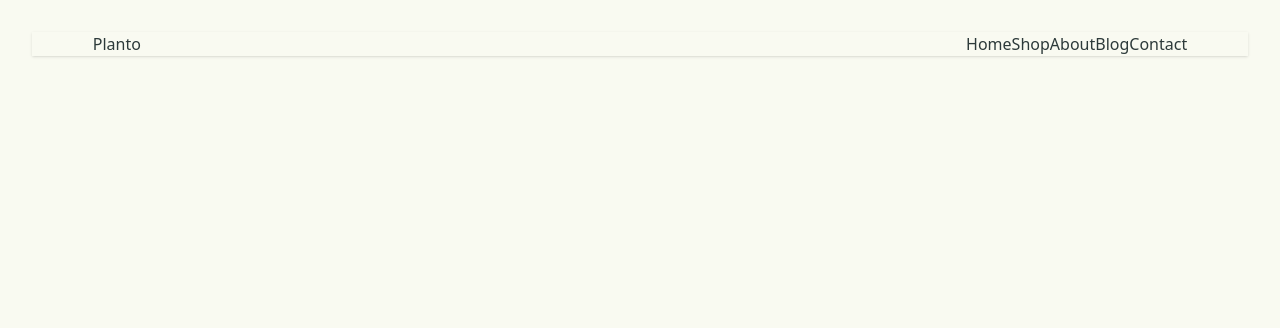
Repository: mazenessam99/Planto
Page: /
An editor plug-in stored every save of this project. The page is shown before and after the next save, followed by the edit.
The browser window is 1280 px wide. The pictures show the whole page.
The project was rebuilt for these pictures with package versions that can differ from the ones it lists, and the page was loaded fresh each time. Also part of the build but not shown: vite.config.js, src/components/ui/Button.jsx.

Above is the page before, as saved 2025-11-21 21:52:42.

After the next save:
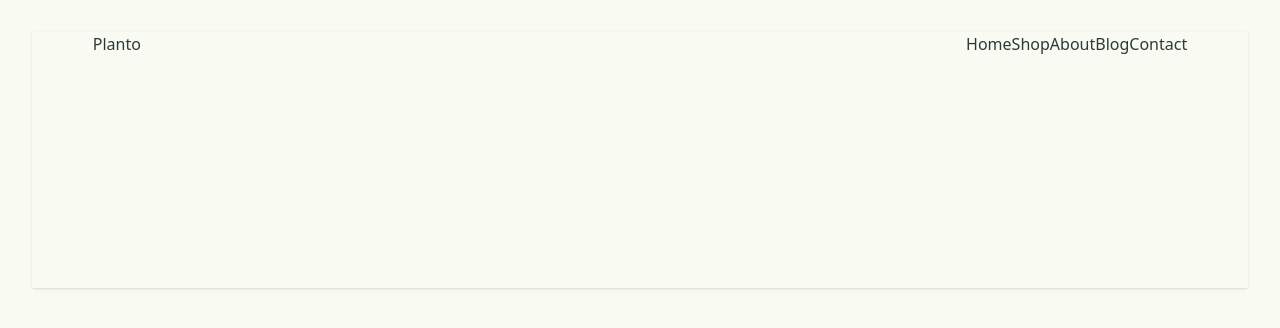
Saved 4 s later.
--- a/src/components/layout/Navbar.jsx
+++ b/src/components/layout/Navbar.jsx
@@ -5,7 +5,7 @@
 
 const Navbar = () => {
     return (
-        <nav className="shadow h-6">
+        <nav className="shadow h-64">
             <div className="container flex justify-between items-center">
                 <h1 className="text-primary">Planto</h1>
                 <ul className="flex">

After the save that followed:
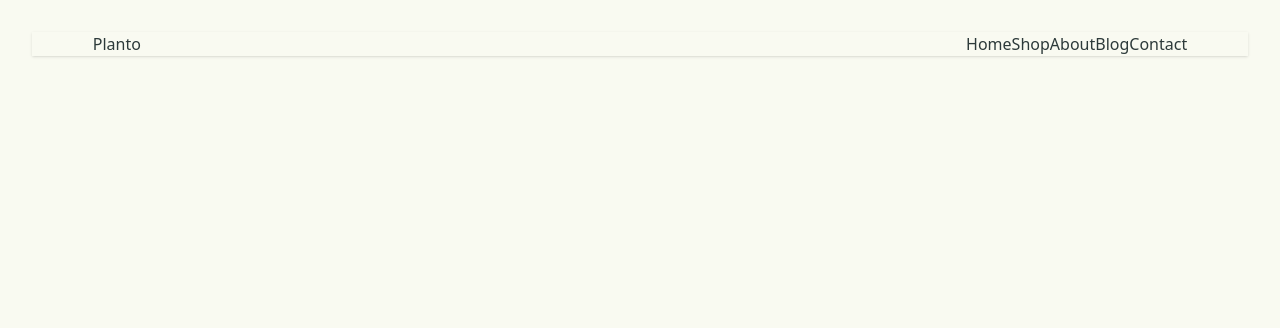
Saved 2 min 57 s later.
--- a/src/components/layout/Navbar.jsx
+++ b/src/components/layout/Navbar.jsx
@@ -5,7 +5,7 @@
 
 const Navbar = () => {
     return (
-        <nav className="shadow h-64">
+        <nav className="shadow h">
             <div className="container flex justify-between items-center">
                 <h1 className="text-primary">Planto</h1>
                 <ul className="flex">
